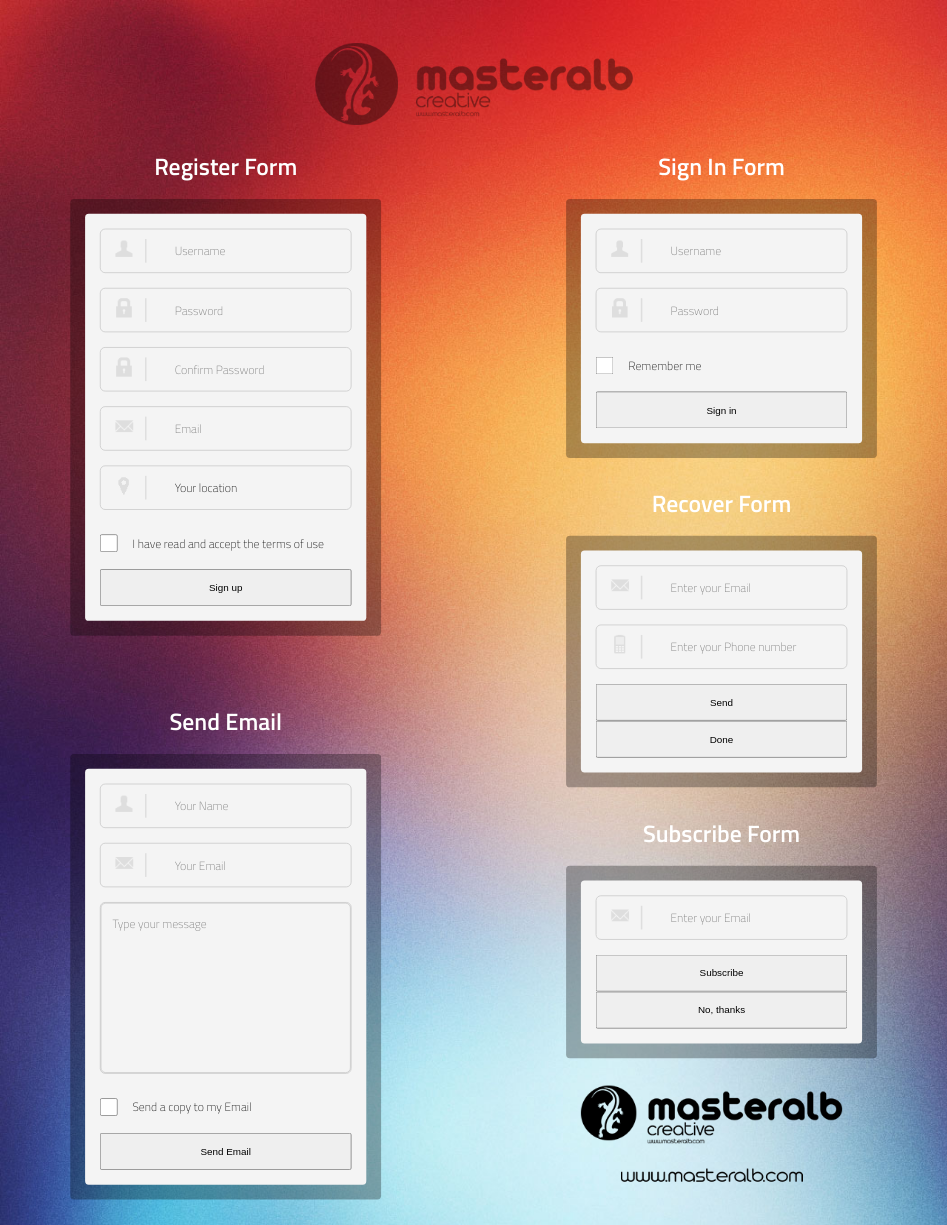
Repository: achwesiuk/PSD-Masteralb
Page: index.html
These files come from the project's save history. The page is drawn as it stood at one moment and after the next save; the edit follows.
The browser window is 1280 px wide. The pictures show the whole page, at 74% of full size.
Backgrounds fixed to the window are drawn as part of the page. The style sheet was rebuilt from its Sass, Less or Tailwind sources for each picture, by a compiler version that may differ from the author's.

Above is the page before, as saved 2021-03-16 13:06:36.

### index.html
<!DOCTYPE html>
<html lang="en">
<head>
    <meta charset="UTF-8">
    <meta http-equiv="X-UA-Compatible" content="IE=edge">
    <meta name="viewport" content="width=device-width, initial-scale=1.0">
    <title>Masteralb Creative</title>
    <link rel="stylesheet" type="text/css" href="css/main.css">
    <link href="https://fonts.googleapis.com/css2?family=Titillium+Web:wght@200;600&display=swap" rel="stylesheet">
</head>
<body>
    <header class="header">
        <img src="img/logo_1.png" alt="Logo 1" class="header__logo">
    </header>
    <main class="main">

        <div class="container">
            <h3 class="container__header">Register Form</h3>
            <form class="form">
                <div class="form__group">
                    <label for="name-1" class="form__desc">
                        <img src="img/username.png" alt="Username" class="form__img">
                    </label>
                    <span class="form__line"></span>
                    <input type="text" id="name-1" placeholder="Username" class="form__field" required>
                </div>

                <div class="form__group">
                    <label for="password-1" class="form__desc">
                        <img src="img/password.png" alt="Password" class="form__img">
                    </label>
                    <span class="form__line"></span>
                    <input type="password" id="password-1" placeholder="Password" class="form__field" required>
                </div>

                <div class="form__group">
                    <label for="confirm" class="form__desc">
                        <img src="img/password.png" alt="Password" class="form__img">
                    </label>
                    <span class="form__line"></span>
                    <input type="text" id="confirm" placeholder="Confirm Password" class="form__field" required>
                </div>

                <div class="form__group">
                    <label for="message-1" class="form__desc">
                        <img src="img/email.png" alt="Email" class="form__img">
                    </label>
                    <span class="form__line"></span>
                    <input type="email" id="message-1" placeholder="Email" class="form__field" required>
                </div>

                <div class="form__group">
                    <label for="location" class="form__desc">
                        <img src="img/icon_maps.png" alt="Location" class="form__img">
                    </label>
                    <span class="form__line"></span>
                    <select name="city" id="location" class="form__location">
                        <option value="location" disabled selected>Your location</option>
                        <option value="warsaw">Warsaw</option>
                        <option value="london">London</option>
                        <option value="berlin">Berlin</option>
                        <option value="madrid">Madrid</option>
                    </select>
                </div>

                <div class="form__box">
                    <input type="checkbox" name="terms" class="form__checkbox">
                    <label class="form__desc">I have read and accept the terms of use</label>
                </div>

                <input type="submit" value="Sign up" class="form__btn form__btn--big">
            </form>
        </div>

        <div class="container">
            <h2 class="container__header">Send Email</h2>
            <form class="form">
                <div class="form__group">
                    <label for="name-2" class="form__desc">
                         <img src="img/username.png" alt="Username" class="form__img">
                    </label>
                    <span class="form__line"></span>
                    <input type="text" id="name-2" placeholder="Your Name" class="form__field" required>
                </div>

                <div class="form__group">
                    <label for="message-2" class="form__desc">
                        <img src="img/email.png" alt="Email" class="form__img">
                    </label>
                    <span class="form__line"></span>
                    <input type="email" id="message-2" placeholder="Your Email" class="form__field" required>
                </div>

                <div class="form__group">
                    <textarea name="message" placeholder="Type your message" class="form__message"></textarea>
                </div>

                <div class="form__box">
                    <input type="checkbox" name="terms" class="form__checkbox">
                    <label class="form__desc">Send a copy to my Email</label>
                </div>

                <input type="submit" value="Send Email" class="form__btn form__btn--big">

            </form>
        </div>

        <div class="container">
            <h2 class="container__header">Sign In Form</h2>
            <form class="form">
                <div class="form__group">
                    <label for="name-3" class="form__desc">
                        <img src="img/username.png" alt="Username" class="form__img">
                    </label>
                    <span class="form__line"></span>
                    <input type="text" id="name-3" placeholder="Username" class="form__field" required>
                </div>

                <div class="form__group">
                    <label for="password-2" class="form__desc">
                        <img src="img/password.png" alt="Password" class="form__img">
                    </label>
                    <span class="form__line"></span>
                    <input type="password" id="password-2" placeholder="Password" class="form__field" required>
                </div>

                <div class="form__box">
                    <input type="checkbox" name="terms" class="form__checkbox">
                    <label class="form__desc">Remember me</label>
                </div>

                <input type="submit" value="Sign in" class="form__btn form__btn--big">
            </form>
        </div>

        <div class="container">
            <h2 class="container__header">Recover Form</h2>
            <form class="form">
                <div class="form__group">
                    <label for="email-3" class="form__desc">
                        <img src="img/email.png" alt="Email" class="form__img">
                    </label>
                    <span class="form__line"></span>
                    <input type="email" id="email-3" placeholder="Enter your Email" class="form__field" required>
                </div>

                <div class="form__group">
                    <label for="number" class="form__desc">
                        <img src="img/phone.png" alt="Phone Number" class="form__img">
                    </label>
                    <span class="form__line"></span>
                    <input type="text" id="number" placeholder="Enter your Phone number" class="form__field" required>
                </div>

                <input type="submit" value="Send" class="form__btn form__btn--small">
                <input type="submit" value="Done" class="form__btn form__btn--small">
            </form>
        </div>

        <div class="container">
            <h2 class="container__header">Subscribe Form</h2>
            <form class="form">
                <div class="form__group">
                    <label for="email-4" class="form__desc">
                        <img src="img/email.png" alt="Email" class="form__img">
                    </label>
                    <span class="form__line"></span>
                    <input type="email" id="email-4" placeholder="Enter your Email" class="form__field" required>
                </div>

                <input type="submit" value="Subscribe" class="form__btn form__btn--small">
                <input type="submit" value="No, thanks" class="form__btn form__btn--small">
            </form>
        </div>

        <div class="container">
            <div class="logo-down">
                <img src="img/logo_2.png" alt="Logo" class="logo-down__img">
            </div>
        </div>
    </main>
</body>
</html>

### sass/main.scss
:root {
    --color-white: #fff;
    --color-grey-1: #f4f4f4;
    --color-grey-2: #dedede;
    --color-grey-3: #c6c6c6;
    --color-grey-4: #afafaf;

    --color-green-light: #bddb98;
    --color-green: #94d12d;
    --color-red: #f4495b;

    --shadow-dark: rgba(#000, .23);
    --shadow-light: 0 1px 2px rgba(#000, .3);
    --line: 1px solid var(--color-primary-2);
}

*,
*::before,
*::after{
    margin: 0;
    padding: 0;
    box-sizing: inherit;
}

html{
    font-size: 62.5%; //10px
}

body {
    box-sizing: border-box;
    max-width: 105rem;
    margin: 5.5rem auto;
    font-family: 'Titillium Web', sans-serif;
    background: url(../img/bg.jpg) no-repeat fixed center;
    background-size: cover;
    //min-height: 125rem;
}

.header {
    display: flex;
    justify-content: center;
    margin-bottom: 3rem;

     &__logo {
         opacity: .4;
     }
}

.main {
    display: flex;
    flex-direction: column;
    flex-wrap: wrap;
    align-content: space-between;
    justify-content: space-between;
    height: 140rem;
}

.container {
     width: 38rem;

     &__header {
         font-size: 3.2rem;
         font-weight: 600;
         color: var(--color-white);
         text-align: center;
         margin-bottom: 4rem;
     }
}

 .form {
     position: relative;
     background-color: var(--color-grey-1);
     border-radius: .5rem;
     padding: 2rem;

     &__group {
         position: relative;
         display: flex;
         justify-content: space-between;
         align-items: center;
         border: 1px solid var(--color-grey-3);
         border-radius: .7rem;
     }

     &__group:not(:last-child) {
         margin-bottom: 2rem;
     }

     &__desc {
         margin: 1.3rem 2rem;
     }

     &__line {
        position: absolute;
        left: 6rem;
        width: .2rem;
        height: 3.2rem;
        background-color: var(--color-grey-2);
     }

    &__field,
    &__location {
         position: absolute;
         width: 100%; //input, select nie wychodzą szerokością poza form__group
         height: 5.6rem; //wyrównuje wysokość group i poszczegolnych inputów
         padding-left: 10rem; //odsuwam element paddingiem, nie właściowościa left, bo przesunęłabym cały element
         font-size: 1.6rem;
         font-family: inherit;
         border: none;
         border-radius: inherit;
         background: inherit;
         cursor: pointer;

         &:focus {
             outline: none;
         }
    }

    &__field:focus:invalid {
        border: 1px solid var(--color-red);
        box-shadow: 0 0 4px 1px var(--color-red);
    }

    &__field:valid {
        border: 1px solid var(--color-green);
        box-shadow: 0 0 4px 1px var(--color-green);
    }

    &__location {
         appearance: none; //defaultowa strzałka znika
    }

    &__message {
        width: 100%;
        height: 23rem;
        padding: 1.5rem;
        font: 200 1.6rem 'Titillium Web';
        color: var(--color-grey-3);
        outline: none;
        border: inherit;
        border-radius: inherit;
        background: inherit;
        resize: none; // usuwam kreski znajdujące się w dolnym prawym rogu
    }

     &__box {
         display: flex;
         align-items: center;
         margin-bottom: 1rem;
     }

     &__checkbox {
         width: 2.4rem;
         height: 2.4rem;
         border-radius: .5rem;
     }

     &__checkbox:checked {
        width: 1.4rem;
        height: 1.4rem;
        border-radius: .5rem;
        background-color: var(--color-green);
    }

     &__desc {
         font-size: 1.6rem;
     }

     &__btn {
         width: 100%;
         height: 5rem;
     }
}

// *:focuse {
//     outline: none;
// }

.form::after {
     content: ' ';
     position: absolute;
     top: -2rem;
     right: -2rem;
     bottom: -2rem;
     left: -2rem;
     border-radius: .5rem;
     background-color: rgba(#000, .3);
     z-index: -1;
}

After the next save:
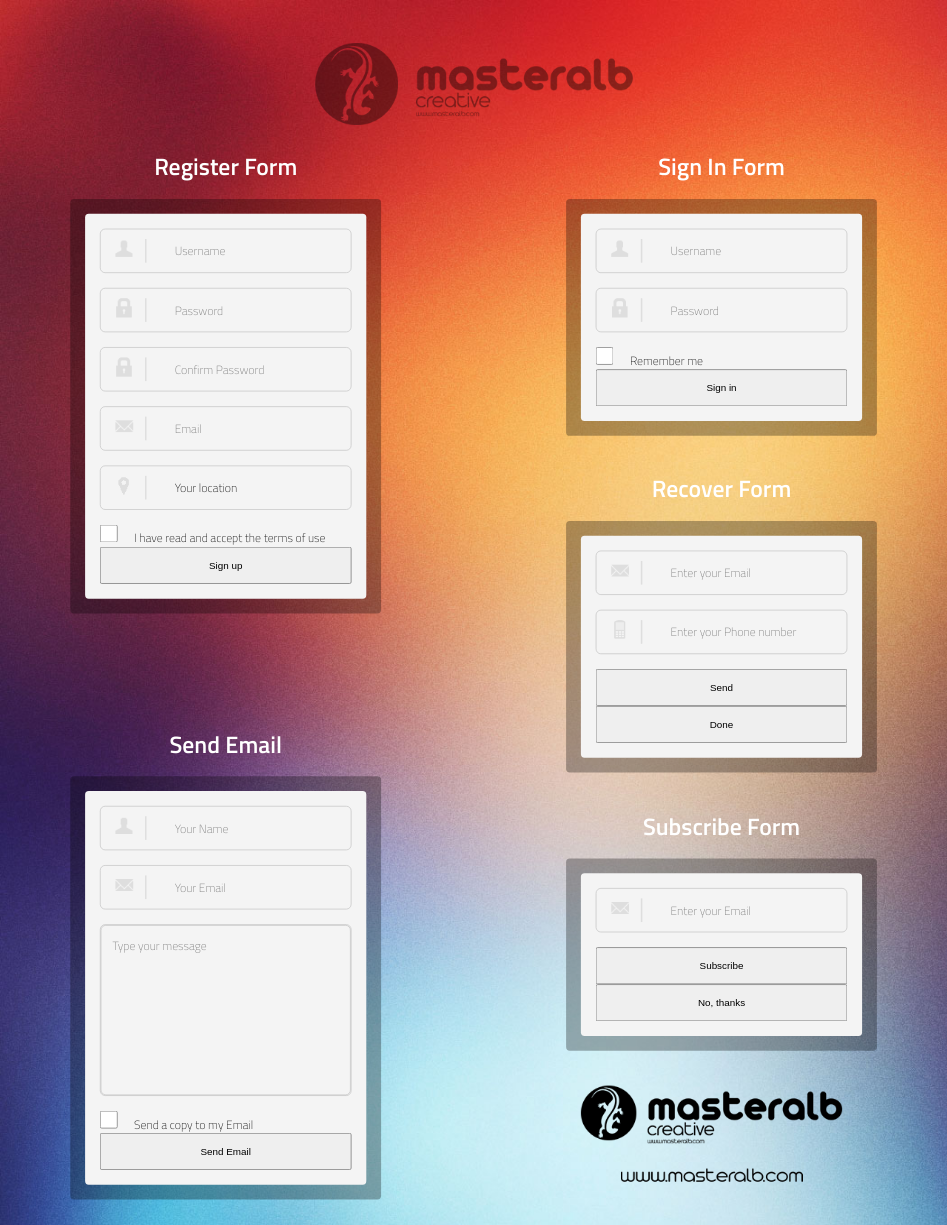
Saved 3 min 45 s later.
--- a/sass/main.scss
+++ b/sass/main.scss
@@ -143,11 +143,11 @@
         resize: none; // usuwam kreski znajdujące się w dolnym prawym rogu
     }
 
-     &__box {
-         display: flex;
-         align-items: center;
-         margin-bottom: 1rem;
-     }
+    //  &__box {
+    //     //  display: flex;
+    //     //  align-items: center;
+    //     //  margin-bottom: 1rem;
+    //  }
 
      &__checkbox {
          width: 2.4rem;
